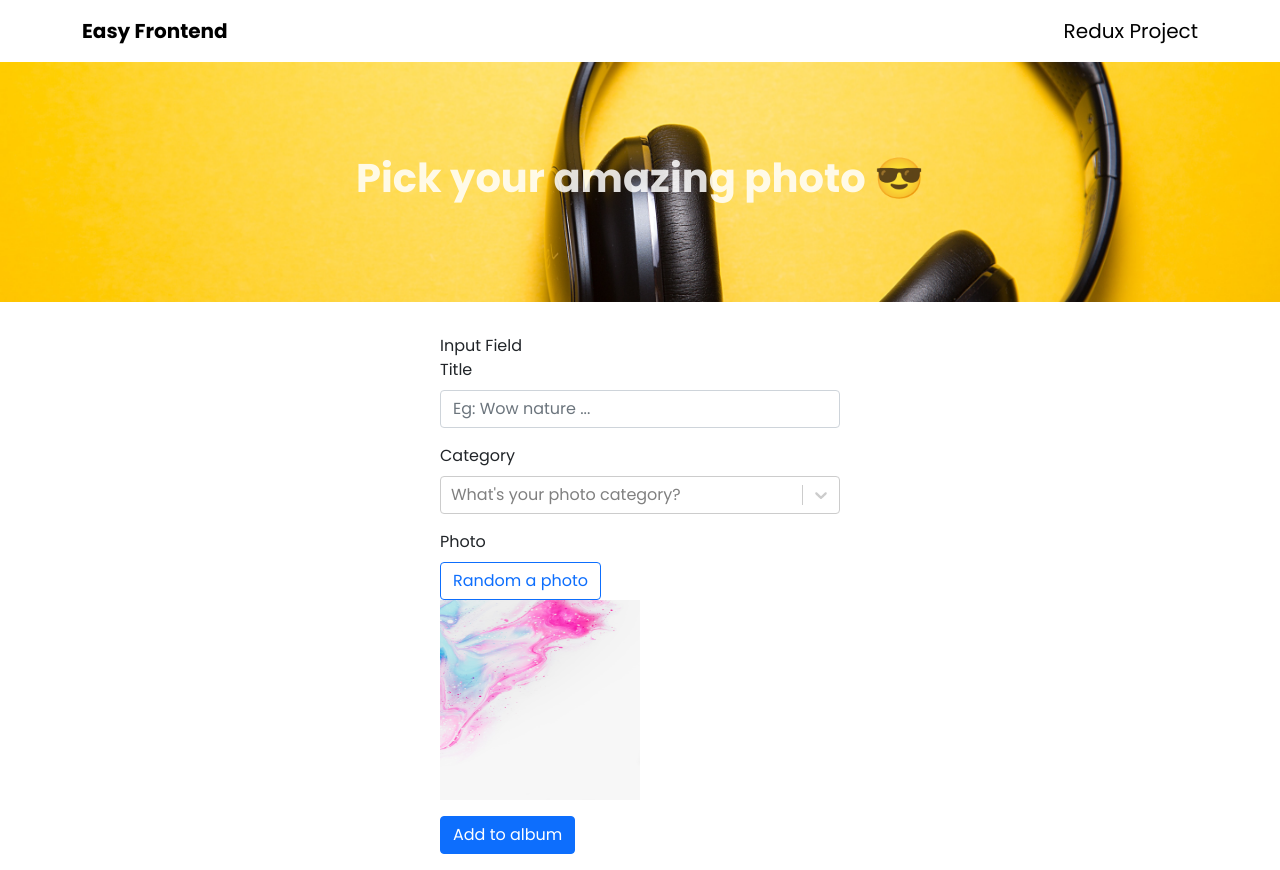
Repository: duckhai80/Redux-photo-app
Page: /photos/add
The author's editor kept a copy of each file at every save. The page is drawn from the files as they stood at one save, then again after the next save.
The browser window is 1280 px wide. The pictures show the whole page.
The project was rebuilt for these pictures with package versions that can differ from the ones it lists, and the page was loaded fresh each time. Also part of the build but not shown: src/App.css, src/components/NotFound/index.jsx.

Above is the page before, as saved 2021-10-29 14:16:35.

### public/index.html
<!DOCTYPE html>
<html lang="en">
  <head>
    <meta charset="utf-8" />
    <link rel="icon" href="%PUBLIC_URL%/favicon.ico" />
    <meta name="viewport" content="width=device-width, initial-scale=1" />
    <meta name="theme-color" content="#000000" />
    <meta
      name="description"
      content="Web site created using create-react-app"
    />
    <link rel="apple-touch-icon" href="%PUBLIC_URL%/logo192.png" />

    <link rel="manifest" href="%PUBLIC_URL%/manifest.json" />

    <title>React App</title>
    <link
      href="https://fonts.googleapis.com/css2?family=Poppins:ital,wght@0,400;0,700;1,400;1,700&display=swap"
      rel="stylesheet"
    />
  </head>
  <body>
    <noscript>You need to enable JavaScript to run this app.</noscript>
    <div id="root"></div>
  </body>
</html>

### src/index.js
import "bootstrap/dist/css/bootstrap.css";
import React from "react";
import ReactDOM from "react-dom";
import App from "./App";
import "./index.css";
import reportWebVitals from "./reportWebVitals";

ReactDOM.render(
  <React.StrictMode>
    <App />
  </React.StrictMode>,
  document.getElementById("root")
);

reportWebVitals();

### src/App.js
import logo from "./logo.svg";
import "./App.css";

import React, { Suspense } from "react";
import { BrowserRouter, Route, Switch, Redirect, Link } from "react-router-dom";
import Header from "./components/Header";
import NotFound from "./components/NotFound";

const Photo = React.lazy(() => import("./features/Photo/pages/Main"));
const AddEdit = React.lazy(() => import("./features/Photo/pages/AddEdit"));

function App() {
  return (
    <div className="photo-app">
      <Suspense fallback={<div>Loading ...</div>}>
        <BrowserRouter>
          <Header></Header>

          <Switch>
            <Redirect exact from="/" to="/photos" />

            <Route exact path="/photos" component={Photo} />
            <Route exact path="/photos/add" component={AddEdit} />
            <Route component={NotFound} />
          </Switch>

          {/* <ul>
            <li>
              <Link to="/photos">Go to photo page</Link>
            </li>
            <li>
              <Link to="/photos/add">Go to Add new photo page</Link>
            </li>
            <li>
              <Link to="/photos/123">Go to Edit photo page</Link>
            </li>
          </ul>
          <Header />
          <Switch>
            <Redirect exact from="/" to="/photos" />
          </Switch> */}
        </BrowserRouter>
      </Suspense>
    </div>
  );
}

export default App;

### src/index.css
body {
  margin: 0;
  font-family: "Poppins", -apple-system, BlinkMacSystemFont, "Segoe UI",
    "Roboto", "Oxygen", "Ubuntu", "Cantarell", "Fira Sans", "Droid Sans",
    "Helvetica Neue", sans-serif;
  -webkit-font-smoothing: antialiased;
  -moz-osx-font-smoothing: grayscale;
}

code {
  font-family: source-code-pro, Menlo, Monaco, Consolas, "Courier New",
    monospace;
}

### src/components/Header/index.jsx
import React from "react";
import { NavLink } from "react-router-dom";
import { Col, Container, Row } from "reactstrap";
import "./Header.scss";

Header.propTypes = {};

function Header() {
  return (
    <div>
      <header className="header">
        <Container>
          <Row className="justify-content-between">
            <Col xs="auto">
              <a
                className="header__link header__title"
                href="https://youtube.com/easyfrontend"
                target="_blank"
                rel="noopener noreferrer"
              >
                Easy Frontend
              </a>
            </Col>

            <Col xs="auto">
              <NavLink
                exact
                className="header__link"
                to="/photos"
                activeClassName="header__link--active"
              >
                Redux Project
              </NavLink>
            </Col>
          </Row>
        </Container>
      </header>
    </div>
  );
}

export default Header;

### src/features/Photo/pages/AddEdit/index.jsx
import Banner from "components/Banner";
import NotFound from "components/NotFound";
import PhotoForm from "features/Photo/components/PhotoForm";
import React from "react";
import { Redirect, Route, Switch } from "react-router";
import "./styles.scss";

AddEditPage.propTypes = {};

function AddEditPage(props) {
  return (
    <div className="photo-edit">
      <Banner title="Pick your amazing photo 😎" />

      <div className="photo-edit__form">
        <PhotoForm
          onSubmit={(values) => console.log("Form submit: ", values)}
        />
      </div>
    </div>
  );
}

export default AddEditPage;

### src/components/Header/Header.scss
.header {
  padding: 1rem 0;
  font-size: 1.25rem;

  &__title {
    font-weight: bold;
  }

  &__link {
    color: #000;
    text-decoration: none;
    transition: all 0.25s ease-in-out 0s;

    &--active,
    &:hover {
      text-decoration: none;
      // color: var(--primary);
      color: rgb(56, 144, 216);
    }
  }
}

### src/components/Banner/index.jsx
import PropTypes from "prop-types";
import React from "react";
import "./Banner.scss";

Banner.propTypes = {
  title: PropTypes.string,
  backgroundUrl: PropTypes.string,
};

Banner.defaultProps = {
  title: "",
  backgroundUrl: "",
};

function Banner(props) {
  const { title, backgroundUrl } = props;

  const bannerStyle = backgroundUrl
    ? { backgroundImage: `url(${backgroundUrl})` }
    : {};

  return (
    <section className="banner" style={bannerStyle}>
      <h1 className="banner__title">{title}</h1>
    </section>
  );
}

export default Banner;

### src/constants/images.js
import blueBackground from "../assets/images/blue-bg.jpg";
import colorfulBackground from "../assets/images/colorful-bg.jpg";
import orangeBackground from "../assets/images/orange-bg.jpg";
import pinkBackground from "../assets/images/pink-bg.jpg";

const Images = {
  ORANGE_BG: orangeBackground,
  BLUE_BG: blueBackground,
  COLORFUL_BG: colorfulBackground,
  PINK_BG: pinkBackground,
};

export default Images;

### src/features/Photo/components/PhotoForm/index.jsx
import { PHOTO_CATEGORY_OPTIONS } from "constants/global";
import Images from "constants/images";
import InputField from "custom-field/InputField";
import { FastField, Form, Formik } from "formik";
import PropTypes from "prop-types";
import React from "react";
import Select from "react-select";
import { Button, FormGroup, Input, Label } from "reactstrap";

PhotoForm.propTypes = {
  onSubmit: PropTypes.func,
};

PhotoForm.defaultProps = {
  onSubmit: null,
};

function PhotoForm(props) {
  return (
    <Formik>
      {(formikProps) => {
        const { values, errors, touched } = formikProps;
        console.log({ values, errors, touched });

        return (
          <Form>
            <FastField
              name="title"
              component={InputField}
              label="Title"
              placeholder="Eg: Wow nature ..."
            />
            <FormGroup>
              <Label for="titleId">Title</Label>
              <Input
                name="title"
                id="titleId"
                placeholder="Eg: Wow nature ..."
              />
            </FormGroup>

            <FormGroup>
              <Label for="categoryId">Category</Label>
              <Select
                id="categoryId"
                name="categoryId"
                placeholder="What's your photo category?"
                options={PHOTO_CATEGORY_OPTIONS}
              />
            </FormGroup>

            <FormGroup>
              <Label for="categoryId">Photo</Label>

              <div>
                <Button type="button" outline color="primary">
                  Random a photo
                </Button>
              </div>
              <div>
                <img
                  width="200px"
                  height="200px"
                  src={Images.COLORFUL_BG}
                  alt="colorful background"
                />
              </div>
            </FormGroup>

            <FormGroup>
              <Button color="primary">Add to album</Button>
            </FormGroup>
          </Form>
        );
      }}
    </Formik>
  );
}

export default PhotoForm;

### src/features/Photo/pages/AddEdit/styles.scss
.photo-edit {
  &__form {
    margin: 2rem auto 1rem auto;
    max-width: 25rem;
  }
}

### src/components/Banner/Banner.scss
.banner {
  display: flex;
  flex-flow: row wrap;
  justify-content: center;
  align-items: center;
  height: 15rem;

  background-image: url(../../assets/images/orange-bg.jpg);
  background-position: center;
  background-size: cover;

  &__title {
    color: rgba(255, 255, 255, 0.85);
    font-weight: bold;
  }
}

### src/constants/global.js
export const PHOTO_CATEGORY_OPTIONS = [
  { value: 1, label: "Technology" },
  { value: 2, label: "Education" },
  { value: 3, label: "Nature" },
  { value: 4, label: "Animals" },
  { value: 5, label: "Styles" },
];

### src/custom-field/InputField/index.jsx
import React from "react";
import PropTypes from "prop-types";

InputField.propTypes = {
  field: PropTypes.object.isRequired,
  form: PropTypes.object.isRequired,
  type: PropTypes.string,
  label: PropTypes.string,
  placeholder: PropTypes.string,
  disabled: PropTypes.bool,
};

InputField.defaultProps = {
  type: "text",
  label: "",
  placeholder: "",
  disabled: false,
};

function InputField(props) {
  return <div>Input Field</div>;
}

export default InputField;

Loaded but not shown: src/reportWebVitals.js (common file)

After the next save:
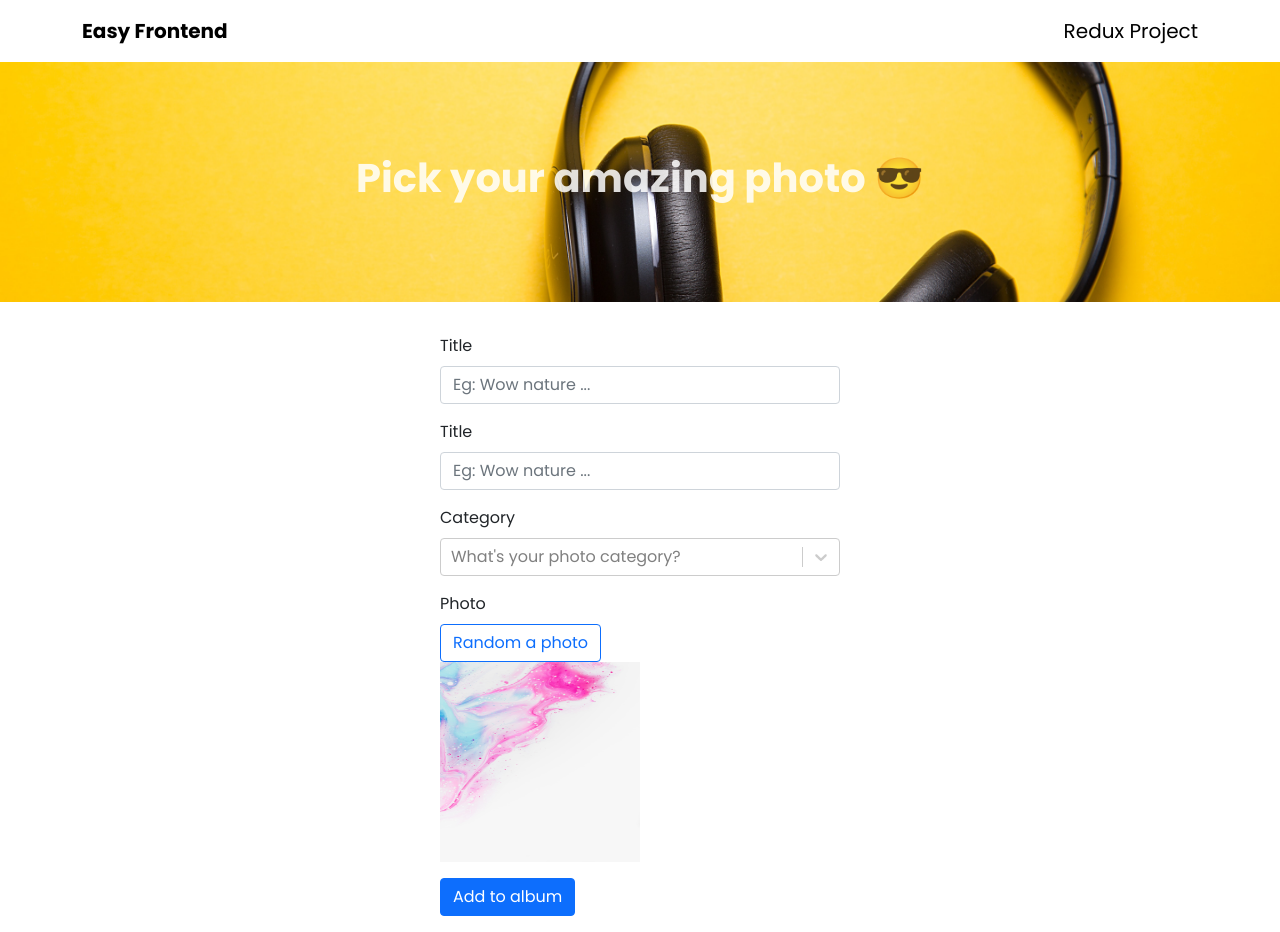
Saved 116 s later.
--- a/src/custom-field/InputField/index.jsx
+++ b/src/custom-field/InputField/index.jsx
@@ -1,5 +1,6 @@
 import React from "react";
 import PropTypes from "prop-types";
+import { FormGroup, Input, Label } from "reactstrap";
 
 InputField.propTypes = {
   field: PropTypes.object.isRequired,
@@ -18,7 +19,14 @@ InputField.defaultProps = {
 };
 
 function InputField(props) {
-  return <div>Input Field</div>;
+  return (
+    <div>
+      <FormGroup>
+        <Label for="titleId">Title</Label>
+        <Input name="title" id="titleId" placeholder="Eg: Wow nature ..." />
+      </FormGroup>
+    </div>
+  );
 }
 
 export default InputField;
